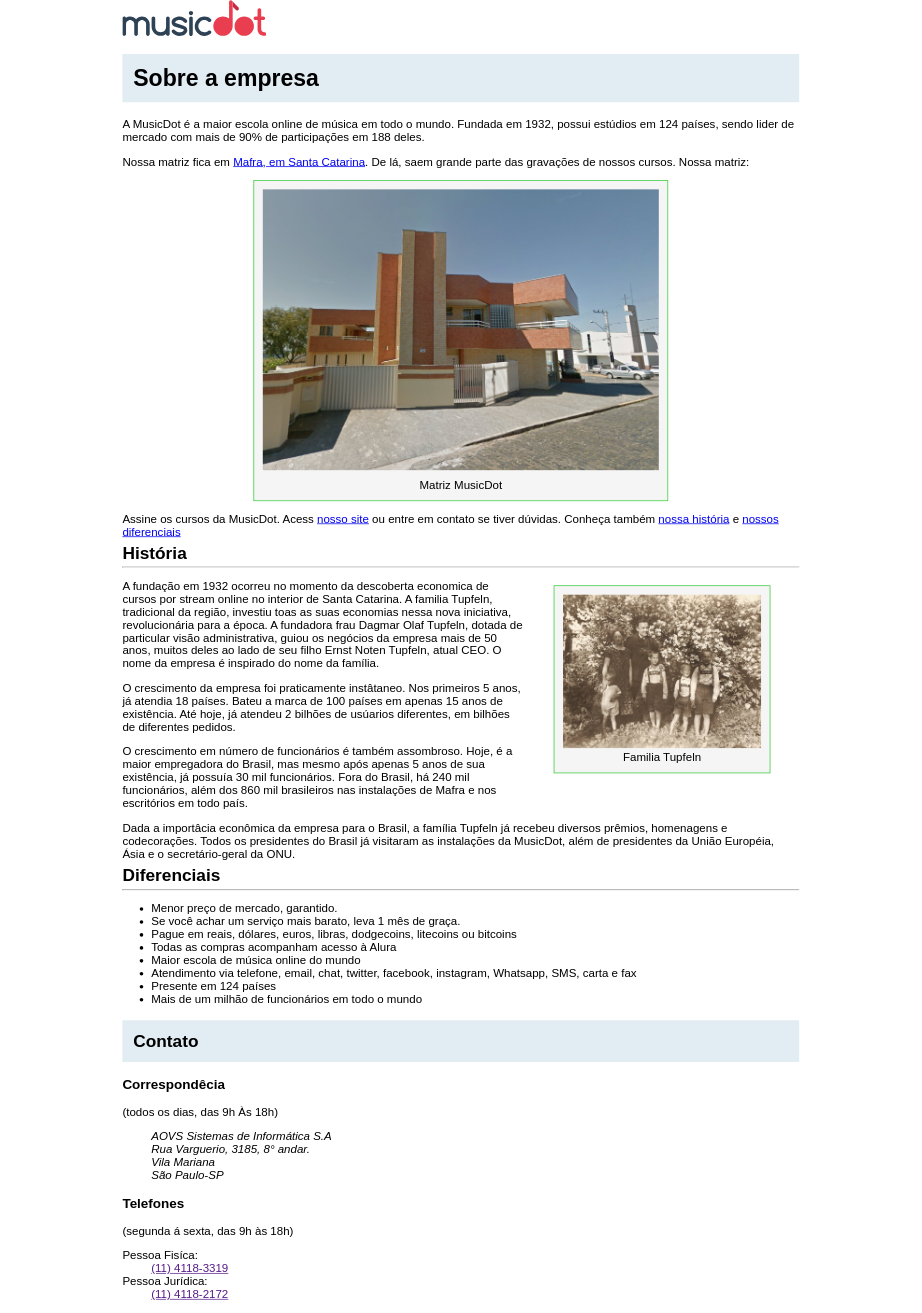
Repository: EmanuelUrbano/introducao_a_tecnologias
Page: 05_04_22/trabalho/projeto-musicdot/sobre.html
The author's editor kept a copy of each file at every save. The page is drawn from the files as they stood at one save, then again after the next save.
The browser window is 1280 px wide. The pictures show the whole page, at 72% of full size.

Above is the page before, as saved 2022-05-23 18:40:36.

### 05_04_22/trabalho/projeto-musicdot/sobre.html
<!DOCTYPE html>
<html lang="en">
<head>
    <meta charset="UTF-8">
    <link rel="stylesheet" href="sobre.css">
    <!--icone titulo-->
    <link rel="shortcut icon" href="img/img/favicon.ico" type="image/x-icon">
    <title>Trabalho - musicdot</title>
</head>
<body>

    <!--logo ocupando linja intera-->
    <img src="img/img/logo.svg" alt="♪MusicDot">
    <!--titulo da pagina(seção)-->
    <main>
        <h1>Sobre a empresa</h1>
        <!--paragrafo (usar link)-->
        <p>
            A MusicDot é a maior escola online de música em todo o mundo. Fundada em 1932, possui estúdios em 124 países, sendo lider de
            mercado com mais de 90% de participações em 188 deles.
        </p>
        <p>
            Nossa matriz fica em <a href="http://maps.google.com.br/?q=190,GabrielDequech,Mafra,SC">Mafra, em Santa Catarina</a>. De lá, saem grande parte das gravações de nossos cursos. Nossa matriz:
        </p>
        <!--imagem (usar figure e figurecaption)-->
        <figure>
            <img src="img/img/matriz-musicdot.png" alt="imagem da matriz">
            <figurecaption>Matriz MusicDot</figurecaption>
        </figure>
        <!--paragrafo (usar link)-->
        <p>
            Assine os cursos da MusicDot. Acess <a href="#">nosso site</a> ou entre em contato se tiver dúvidas. Conheça também <a href="#nossa_historia">nossa história</a> e <a href="#nossos_direnciais">nossos diferenciais</a>
        </p>
    </main>
    <section>
        <!--titulo linha inteira-->
        <h2>História</h2>
        <!--Linha acho hr-->
        <hr>
        <!--texto com imagem do lado(usar figure e figurecaption)-->
        <figure id="familia_tupfeln">
            <img src="img\img\familia-tupfeln.jpg" alt="familia-tupfeln">
            <figcaption>Familia Tupfeln</figcaption>
        </figure>
        <p>
            A fundação em 1932 ocorreu no momento da descoberta economica
            de cursos por stream online no interior de Santa Catarina.
            A familia Tupfeln, tradicional da região, investiu toas as suas economias nessa nova iniciativa, revolucionária para a época. A fundadora frau Dagmar Olaf Tupfeln, dotada de particular visão administrativa, guiou os negócios da empresa mais de 50 anos, muitos deles ao lado de seu filho Ernst Noten Tupfeln, atual CEO.
            O nome da empresa é inspirado do nome da família.
        </p>
        <p>
            O crescimento da empresa foi
            praticamente instâtaneo.
            Nos primeiros 5 anos, já atendia 18 países.
            Bateu a marca de 100 países em apenas 15 anos de existência.
            Até hoje, já atendeu 2 bilhões de usúarios diferentes,
            em bilhões de diferentes pedidos.
        </p>
        <p>
            O crescimento em número de funcionários é também assombroso.
            Hoje, é a maior empregadora do Brasil, mas mesmo após apenas 5 anos
            de sua existência, já possuía 30 mil funcionários. Fora do Brasil,
            há 240 mil funcionários,  além dos 860 mil brasileiros nas instalações
            de Mafra  e nos escritórios em todo país.
        </p>
        <p>
            Dada a importâcia econômica da empresa para o Brasil, a
            família Tupfeln já recebeu diversos prêmios, homenagens e codecorações.
            Todos os presidentes do Brasil já visitaram as instalações da MusicDot,
            além de presidentes da União Européia, Ásia e o secretário-geral da ONU.
        </p>
    </section>
    <section>
        <!--titulo linha inteira-->
        <h2>Diferenciais</h2>
        <!--Linha acho hr-->
        <hr>
        <!--lista-->
        <ul>
            <li>Menor preço de mercado, garantido.</li>
            <li>Se você achar um serviço mais barato, leva 1 mês de graça.</li>
            <li>Pague em reais, dólares, euros, libras, dodgecoins, litecoins ou bitcoins</li>
            <li>Todas as compras acompanham acesso à Alura</li>
            <li>Maior escola de música online do mundo</li>
            <li>Atendimento via telefone, email, chat, twitter, facebook, instagram, Whatsapp, SMS, carta e fax</li>
            <li>Presente em 124 países</li>
            <li>Mais de um milhão de funcionários em todo o mundo</li>
        </ul>
    </section>
    <section>
        <!--titulo da pagina(seção)-->
        <h1>Contato</h1>
        <h3>
            <!--texto forte-->
            Correspondêcia
        </h3>
        <!--texto parenteses horario-->
        <p>(todos os dias, das 9h Às 18h)</p>
        <!--paragrafo em italico mais ao lado(lista)-->
        <em>
            <dl>
                <dd>
                    AOVS Sistemas de Informática S.A
                </dd>
                <dd>
                    Rua Varguerio, 3185, 8° andar.
                </dd>
                <dd>
                    Vila Mariana
                </dd>
                <dd>São Paulo-SP</dd>
            </dl>
        </em>
        <!--texto forte-->
        <h3>
            Telefones
        </h3>
        <!--texto parenteses horario-->

        <p>(segunda á sexta, das 9h às 18h)</p>
        <!--Lista -->
        <dl>

            <dt>
                Pessoa Fisíca:
            </dt>
            <dd>
                <a href="">
                    (11) 4118-3319
                </a>
            </dd>

            <dt>
                Pessoa Jurídica:
            </dt>
            <dd>
                <a href="">
                    (11) 4118-2172
                </a>
            </dd>

        </dl>
    </section>
</body>
</html>

### 05_04_22/trabalho/projeto-musicdot/sobre.css


body{
    font-family: Arial, Helvetica, sans-serif;
    width: 940px;
    margin: 0 auto;
}

h1{
    background-color: rgb(226,237,243);
    padding: 15px;
}
figure{
    border: solid limegreen 1px;
    background-color: rgb(245,245,245);
    padding: 12px;
    text-align: center;
}
main>figure{
    margin: 0 auto;
    width: 550px;
}

main>figure>img{
   width: 550px;
   padding-bottom: 8px;
}

figure>figcaption{
    text-align: center;
}

figure#familia_tupfeln{
    float: right;
    width: 275px;
}

img[alt="familia-tupfeln"]{
    width: 100%;
}

h2{
    line-height: 0;
}

After the next save:
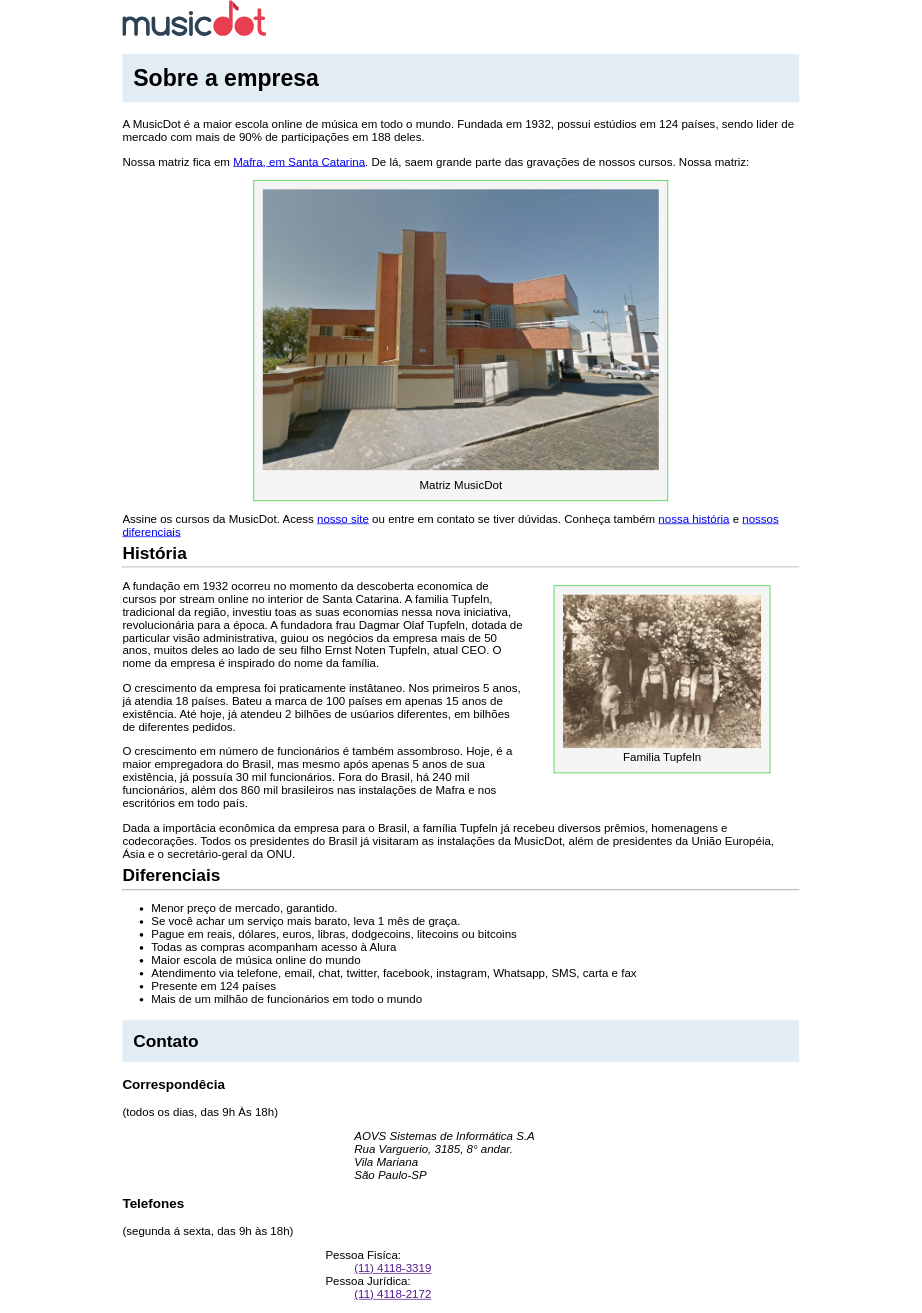
Saved 4 min 18 s later.
--- a/05_04_22/trabalho/projeto-musicdot/sobre.css
+++ b/05_04_22/trabalho/projeto-musicdot/sobre.css
@@ -42,3 +42,7 @@
 h2{
     line-height: 0;
 }
+
+dl{
+    margin-left: 30%;
+}
